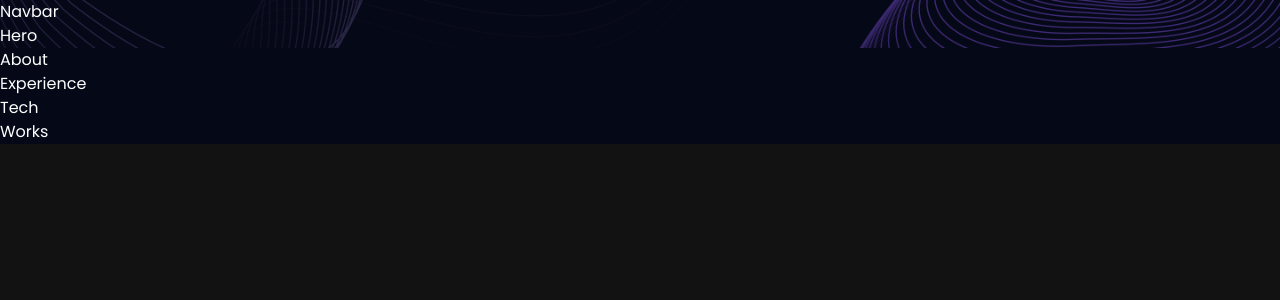
Repository: 61ZM07H36R3ML1N/3D_Portfolio
Page: /
The author's editor kept a copy of each file at every save. The page is drawn from the files as they stood at one save, then again after the next save.
The browser window is 1280 px wide. The pictures show the whole page.
The project was rebuilt for these pictures with package versions that can differ from the ones it lists, and the page was loaded fresh each time. Also part of the build but not shown: vite.config.js, src/components/canvas/Earth.jsx, src/components/canvas/Ball.jsx, src/components/canvas/Computers.jsx, src/components/Feedbacks.jsx.

Above is the page before, as saved 2023-04-11 11:21:43.

### src/App.jsx
import { BrowserRouter } from 'react-router-dom';

import { About, Contact, Experience, Feedbacks, Hero, Navbar, Tech, Works, StarsCanvas } from './components';


const App = () => {
  return (
    <BrowserRouter>
    <div className='relative z-0 bg-primary'>
      <div className='bg-hero-pattern bg-cover bg-no-repeat bg-center'>
        <Navbar />
        <Hero />
      </div>
      <About />
      <Experience />
      <Tech />
      <Works />
      <div className='relative z-0'>

      </div>
    </div>
    </BrowserRouter>
  )
}

export default App

Loaded but not shown: index.html (common file); src/main.jsx (common file); src/index.css (common file); src/components/index.js (common file); src/components/canvas/index.js (common file); src/components/Hero.jsx (common file); src/components/Navbar.jsx (common file); src/components/About.jsx (common file); src/components/Tech.jsx (common file); src/components/Experience.jsx (common file); src/components/Works.jsx (common file); tailwind.config.js (common file); src/components/Contact.jsx (common file); src/components/canvas/Stars.jsx (common file)

After the next save:
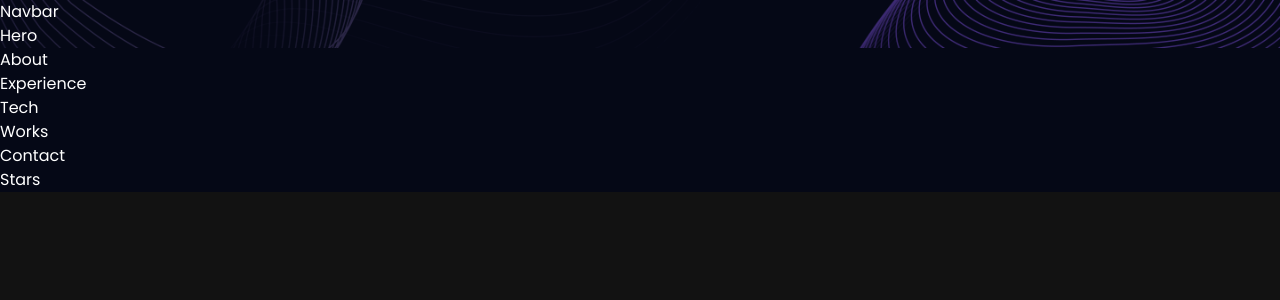
Saved 8 min 29 s later.
--- a/src/App.jsx
+++ b/src/App.jsx
@@ -11,12 +11,13 @@ const App = () => {
         <Navbar />
         <Hero />
       </div>
-      <About />
-      <Experience />
-      <Tech />
-      <Works />
+        <About />
+        <Experience />
+        <Tech />
+        <Works />
       <div className='relative z-0'>
-
+        <Contact />
+        <StarsCanvas />
       </div>
     </div>
     </BrowserRouter>
